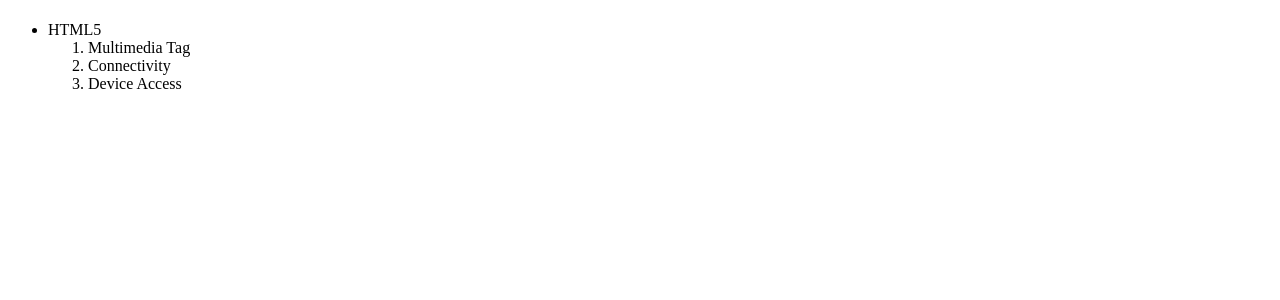
Repository: rightsecond3/java52
Page: workspace_script/dev_html/WebContent/html_list/listTag_1a.html
These files come from the project's save history. The page is drawn as it stood at one moment and after the next save; the edit follows.
The browser window is 1280 px wide. The pictures show the whole page.

Above is the page before, as saved 2019-06-10 01:10:06.

After the next save:
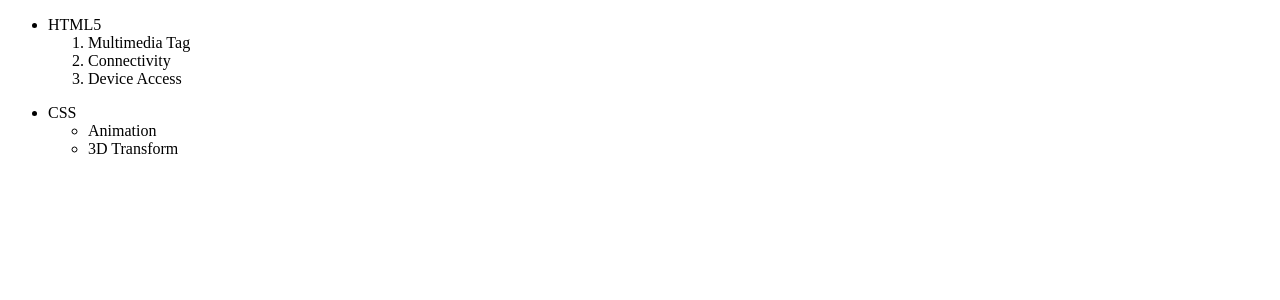
Saved 72 s later.
--- a/workspace_script/dev_html/WebContent/html_list/listTag_1a.html
+++ b/workspace_script/dev_html/WebContent/html_list/listTag_1a.html
@@ -5,7 +5,6 @@
 <title>중첩목록태그 연습문제</title>
 </head>
 <body>
-	<h1></h1>
 	<ul>
 	<li>HTML5
 		<ol>
@@ -16,6 +15,15 @@
 	</li>
 	</ul>
 
+	<ul>
+	<li>CSS
+		<ul>
+			<li>Animation</li>
+			<li>3D Transform</li>
+		</ul>
+	</li>
+	</ul>
+
 
 </body>
 </html>
